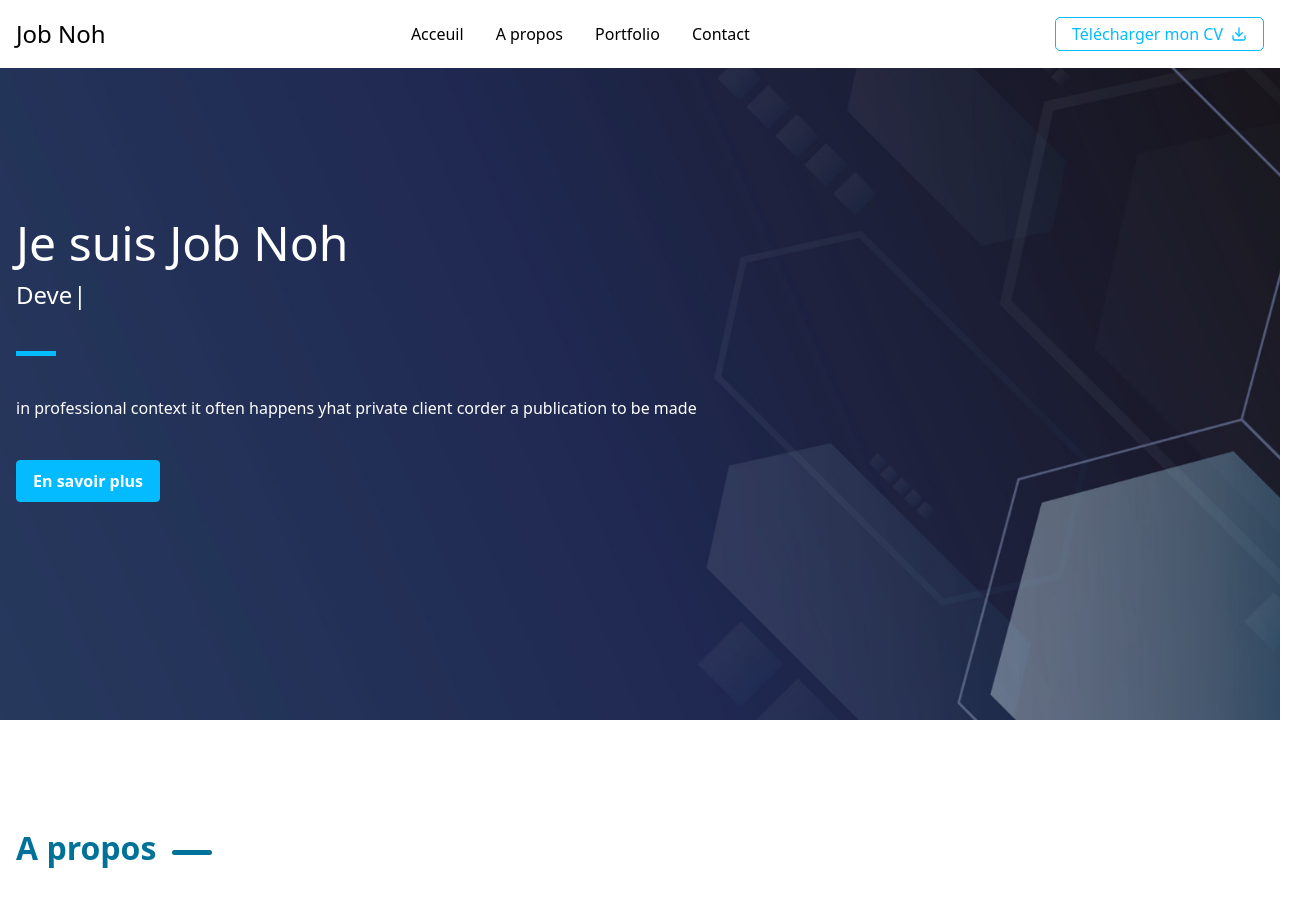
Repository: anoy1010/Nextportfolio
Page: /
The author's editor kept a copy of each file at every save. The page is drawn from the files as they stood at one save, then again after the next save.
The browser window is 1280 px wide. The page is 1296 px wide, so the pictures cover 1296 px, including what lies to the right of the window. The pictures show the part of the page from y = 0 to 924 px (the page is 4082 px tall).
Backgrounds fixed to the window are drawn as part of the page. The project was rebuilt for these pictures with package versions that can differ from the ones it lists, and the page was loaded fresh each time. The framework's server and built-in components were replaced by stand-ins that run in the browser. Also part of the build but not shown: next.config.js, styles/Home.module.css.

Above is the page before, as saved 2023-03-07 15:44:49.

### pages/index.js
import Head from 'next/head'
import Image from 'next/image'
import { Inter } from '@next/font/google'
import styles from '../styles/Home.module.css'
import Navbar from '../components/Navbar'
import Hero from '../components/Hero'
import About from '../components/About'
import WhatIDo from '../components/WhatIDo'
import Skills from '../components/Skills'
import Works from '../components/Works'
const inter = Inter({ subsets: ['latin'] })

export default function Home() {
  return (
    <>
      <Head>
        <title>Portfolio | Noh Job</title>
        <meta name="description" content="Generated by create next app" />
        <meta name="viewport" content="width=device-width, initial-scale=1" />
        <link rel="icon" href="/favicon.ico" />
      </Head>

      <header>
        < Navbar />
      </header>

      <main>
        <Hero />
        <About />
        <WhatIDo />
        <Skills />
        <Works />
      </main>

    </>
  )
}

### styles/globals.css
@tailwind base;
@tailwind components;
@tailwind utilities;

@layer components {
  .btn{
    @apply bg-[#04bbff] text-white py-2 px-4 rounded inline-block mt-10 font-bold border border-[#04bbff] hover:bg-transparent hover:text-[#04bbff] transition duration-200
  }
}

### components/Navbar.js
import Link from 'next/link'
import React from 'react'
import {FiDownload} from 'react-icons/fi'
import {RiMenu5Line} from 'react-icons/ri'

const Navbar = () => {
  return (
    <div className='bg-white fixed top-0 w-[100%] z-10 '>
        <div className='container mx-auto flex justify-between items-center py-4 px-4'>
            <div className='text-[24px]'>Job Noh</div>

            <div className='hidden md:flex gap-8 '>

                <Link href='/Acceuil' className='hover:text-[#04bbff]'>
                    Acceuil
                </Link>
                <Link href='/A propos' className='hover:text-[#04bbff]' >
                    A propos
                </Link>
                <Link href='/Portfolio' className='hover:text-[#04bbff]'>
                    Portfolio
                </Link>
                <Link href='/Contact' className='hover:text-[#04bbff]'>
                    Contact
                </Link>



            </div>

            <a href='#' className='hidden  md:flex border border-[#04bbff] px-4 py-1 text-[#04bbff] rounded-[5px] items-center gap-2 hover:bg-[#04bbff] hover:text-white transition duration-200 '>
                Télécharger mon CV
                <FiDownload/>
                </a>

            <div className='md:hidden text-[24px] '>
                <RiMenu5Line/>
            </div>
        </div>
    </div>
  )
}

export default Navbar

### components/Hero.js
import React from 'react'

import Typewriter, { TypewriterClass } from "typewriter-effect"
import Button from '../components/Button'

const Hero = () => {
  return (
    <div className='bg-[url("/bg3.jpg")] h-screen bg-cover bg-center bg-fixed flex items-center'>
        <div className='container mx-auto px-4'>
            <div className='max-x-[450px] text-white flex flex-col gap-[40px]'>
                <div>
                    <h1 className='text-5xl'>
                        Je suis Job Noh
                    </h1>
                    <h4 className=' text-2xl mt-3'>
                        <Typewriter
                            options = {{
                                strings: [
                                    "Developpeur Front-end",
                                    "Developpeur Back-end",
                                    "Analyste de donnée",
                                    "Chef de projet",
                                    "Graphic designer",
                                    "Developpeur mobile"
                                ],
                                changeDelay:3,
                                changeDeleteSpeed:2,
                                autoStart:true,
                                loop:true,
                            }}
                        />
                    </h4>
                </div>

                <div className='bg-[#04bbff] h-[5px] w-[40px] '>
                </div>

                <div>
                    <p>
                    in professional context it often happens yhat private client
                    corder a publication to be made
                    </p>
                    <Button link="#" text="En savoir plus" />
                </div>

            </div>

        </div>
    </div>
  )
}

export default Hero

### components/About.js
import React from 'react'
import Heading from './Heading'
import Button from './Button'


import {AiOutlineGift} from 'react-icons/ai'
import {TfiBook} from 'react-icons/tfi'
import {SlGlobe} from 'react-icons/sl'
import {CiLocationOn} from 'react-icons/ci'
import {GiLevelEndFlag} from 'react-icons/gi'

const About = () => {
  return (
    <section className='container mx-auto py-10 px-4'>

        <Heading title="A propos"/>

        <div className='grid grid-cols-1 md:grid-cols-2 gap-[60px]'>

            <div>
                <img className='w-[500px] h-[600px]' src="/d1.png" alt="" />
            </div>
            <div>
                <div className='flex items-center justify-between w-[450px]'>
                    <div className='flex flex-col gap-6'>

                        <div className='flex gap-4 items-center font-medium '>
                            <AiOutlineGift className='text-[#04bbff] text-[26px]' />
                            Date d'anniversaire :
                        </div>
                        <div className='flex gap-4 items-center font-medium '>
                            <TfiBook className='text-[#04bbff] text-[26px]' />
                            Etude :
                        </div>
                        <div className='flex gap-4 items-center font-medium '>
                            <GiLevelEndFlag className='text-[#04bbff] text-[26px]' />
                            Niveau :
                        </div>
                        <div className='flex gap-4 items-center font-medium '>
                            <CiLocationOn className='text-[#04bbff] text-[26px]' />
                            localisation :
                        </div>
                        <div className='flex gap-4 items-center font-medium '>
                            <SlGlobe className='text-[#04bbff] text-[26px]' />
                            Site :
                        </div>

                    </div>



                    <div className='flex flex-col gap-6 text-[#051c24]-600'>
                        <div>10/10/****</div>
                        <div>Université Virtuelle de Côte d'Ivoire</div>
                        <div>Master I</div>
                        <div>Abidjan/Bouaké</div>
                        <div>Www.monsite.com</div>


                    </div>

                </div>

                <div className='max-w-[800px]'>
                    <h2 className='font-bold mt-16 mb-10'>
                        Je suis Job Noh et Developpeur d'Application et e-Services.
                    </h2>
                    <p className='text-[#007198]'>
                         All of the examples in Tailwind UI rely on the default Tailwind CSS configuration, but some rely on additional first-party plugins like @tailwindcss/forms, @tailwindcss/typography, and @tailwindcss/aspect-ratio.

                        When an example requires any plugins or configuration changes, it will be noted in a comment at the top of the example.

                        If you're new to Tailwind CSS, you'll want to read the Tailwind CSS documentation as well to get the most out of Tailwind UI.

                    </p>
                    <Button link="#" text="Embauchez-moi"/>
                </div>
            </div>
        </div>

    </section>
  )
}

export default About

### components/WhatIDo.js
import React from 'react'
import Heading from './Heading'
import {RiLightbulbFlashFill} from 'react-icons/ri'
import {AiFillCode} from 'react-icons/ai'
import {IoIosSchool} from'react-icons/io'
import {SiAdobeillustrator,SiAdobexd} from 'react-icons/si'
import {GiHiveMind} from 'react-icons/gi'

const WhatIDo = () => {
  return (
    <section className='container mx-auto py-10 px-4'>
        <Heading title="Qu'est ce que je fais ?"/>
        <div className='grid grid-cols-1  md:grid-cols-3 gap-6'>
            <div className='Shadow-lgf flex flex-col gap-4 px-8 py-10 bg-[#0594d0] text-white items-center'>
                <RiLightbulbFlashFill className=' text-[40px]   ' />
                <h2 className='font-bold text-[20px]'>Lorem ipsum</h2>
                <p>
                    All of the examples in Tailwind UI rely on the default Tailwind CSS configuration, but some rely on additional first-party plugins like @tailwindcss/forms, @tailwindcss/typography, and @tailwindcss/aspect-ratio.

                    When an example requires any plugins or configuration changes, it will be noted in a comment at the top of the example.

                    If you're new to Tailwind CSS, you'll want to read the Tailwind CSS documentation as well to get the most out of Tailwind UI.
                </p>

            </div>
            <div className='Shadow-lgf flex flex-col gap-4 px-8 py-10 bg-[#0594d0] text-white items-center'>
                <IoIosSchool className=' text-[40px]   ' />
                <h2 className='font-bold text-[20px]'>Lorem ipsum</h2>
                <p>
                    All of the examples in Tailwind UI rely on the default Tailwind CSS configuration, but some rely on additional first-party plugins like @tailwindcss/forms, @tailwindcss/typography, and @tailwindcss/aspect-ratio.

                    When an example requires any plugins or configuration changes, it will be noted in a comment at the top of the example.

                    If you're new to Tailwind CSS, you'll want to read the Tailwind CSS documentation as well to get the most out of Tailwind UI.
                </p>

            </div>
            <div className='Shadow-lgf flex flex-col gap-4 px-8 py-10 bg-[#0594d0] text-white items-center'>
                <AiFillCode className=' text-[40px]   ' />
                <h2 className='font-bold text-[20px]'>Lorem ipsum</h2>
                <p>
                    All of the examples in Tailwind UI rely on the default Tailwind CSS configuration, but some rely on additional first-party plugins like @tailwindcss/forms, @tailwindcss/typography, and @tailwindcss/aspect-ratio.

                    When an example requires any plugins or configuration changes, it will be noted in a comment at the top of the example.

                    If you're new to Tailwind CSS, you'll want to read the Tailwind CSS documentation as well to get the most out of Tailwind UI.
                </p>

            </div>

            <div className='Shadow-lg flex flex-col gap-4 px-8 py-10 bg-[#0594d0] text-white items-center'>
                <SiAdobeillustrator className=' text-[40px]   ' />
                <h2 className='font-bold text-[20px]'>Lorem ipsum</h2>
                <p>
                    All of the examples in Tailwind UI rely on the default Tailwind CSS configuration, but some rely on additional first-party plugins like @tailwindcss/forms, @tailwindcss/typography, and @tailwindcss/aspect-ratio.

                    When an example requires any plugins or configuration changes, it will be noted in a comment at the top of the example.

                    If you're new to Tailwind CSS, you'll want to read the Tailwind CSS documentation as well to get the most out of Tailwind UI.
                </p>

            </div>

            <div className='Shadow-lgf flex flex-col gap-4 px-8 py-10 bg-[#0594d0] text-white items-center'>
                <SiAdobexd className=' text-[40px]   ' />
                <h2 className='font-bold text-[20px]'>Lorem ipsum</h2>
                <p>
                    All of the examples in Tailwind UI rely on the default Tailwind CSS configuration, but some rely on additional first-party plugins like @tailwindcss/forms, @tailwindcss/typography, and @tailwindcss/aspect-ratio.

                    When an example requires any plugins or configuration changes, it will be noted in a comment at the top of the example.

                    If you're new to Tailwind CSS, you'll want to read the Tailwind CSS documentation as well to get the most out of Tailwind UI.
                </p>

            </div>
            <div className='Shadow-lgf flex flex-col gap-4 px-8 py-10 bg-[#0594d0] text-white items-center'>
                <GiHiveMind className=' text-[40px]   ' />
                <h2 className='font-bold text-[20px]'>Lorem ipsum</h2>
                <p>
                    All of the examples in Tailwind UI rely on the default Tailwind CSS configuration, but some rely on additional first-party plugins like @tailwindcss/forms, @tailwindcss/typography, and @tailwindcss/aspect-ratio.

                    When an example requires any plugins or configuration changes, it will be noted in a comment at the top of the example.

                    If you're new to Tailwind CSS, you'll want to read the Tailwind CSS documentation as well to get the most out of Tailwind UI.
                </p>

            </div>
        </div>

    </section>
  )
}

export default WhatIDo

### components/Skills.js
import React from 'react'
import Heading from './Heading'


const Skills = () => {
  return (
    <section className='container mx-auto py-10 px-4'>
        <Heading title="Skills" />
        <p className='text-[#003c57] mt-10 mb-10'>
        Lorem Ipsum is simply dummy text of the printing and typesetting industry. Lorem Ipsum has been the industry's standard dummy text eveLorem Ipsum has been the industry's standard dummy text eveLorem Ipsum has been the industry's standard dummy text eveLorem Ipsum has been the industry's standard dummy text eveLorem Ipsum has been the industry's standard dummy text eveLorem Ipsum has been the industry's standard dummy text ever since the 1500s, when an unknown printer took a galley of type and scrambled it to make a type specimen book. It has survived not only five centuries, but also the leap into electronic typesetting, remaining essentially unchanged. It was popularised in the 1960s with the release of Letraset sheets containing
        </p>

        <div className='grid   px-10 py-4 grid-cols-2 md:grid-cols-3 gap-6'>
            <div>
                <p>Reactjs</p>
                <div className='relative bg-[#003c57] h-[4px] mt-2'>
                    <div className='bg-[#04bbff] absolute h-[4px] w-[90%]'></div>
                </div>
            </div>
            <div>
                <p>Html & Css</p>
                <div className='relative bg-[#003c57] h-[4px] mt-2'>
                    <div className='bg-[#04bbff] absolute h-[4px] w-[90%]'></div>
                </div>
            </div> <div>
                <p>Nextjs</p>
                <div className='relative bg-[#003c57] h-[4px] mt-2'>
                    <div className='bg-[#04bbff] absolute h-[4px] w-[50%]'></div>
                </div>
            </div> <div>
                <p>Js</p>
                <div className='relative bg-[#003c57] h-[4px] mt-2'>
                    <div className='bg-[#04bbff] absolute h-[4px] w-[60%]'></div>
                </div>
            </div> <div>
                <p>PHP</p>
                <div className='relative bg-[#003c57] h-[4px] mt-2'>
                    <div className='bg-[#04bbff] absolute h-[4px] w-[60%]'></div>
                </div>
            </div>
            <div>
                <p>Adobe AI</p>
                <div className='relative bg-[#003c57] h-[4px] mt-2'>
                    <div className='bg-[#04bbff] absolute h-[4px] w-[90%]'></div>
                </div>
            </div>
            <div>
                <p>Adobe XD</p>
                <div className='relative bg-[#003c57] h-[4px] mt-2'>
                    <div className='bg-[#04bbff] absolute h-[4px] w-[70%]'></div>
                </div>
            </div>
            <div>
                <p>Mindjet project</p>
                <div className='relative bg-[#003c57] h-[4px] mt-2'>
                    <div className='bg-[#04bbff] absolute h-[4px] w-[40%]'></div>
                </div>
            </div>
            <div>
                <p>Flutter</p>
                <div className='relative bg-[#003c57] h-[4px] mt-2'>
                    <div className='bg-[#04bbff] absolute h-[4px] w-[70%]'></div>
                </div>
            </div>
            <div>
                <p>React Native</p>
                <div className='relative bg-[#003c57] h-[4px] mt-2'>
                    <div className='bg-[#04bbff] absolute h-[4px] w-[80%]'></div>
                </div>
            </div>

        </div>

    </section>
  )
}

export default Skills

### components/Works.js
import React from 'react'
import Heading from './Heading'


const Works = () => {
  return (
    <section className='container mx-auto py-10 px-4' >
        <Heading title="Travaux de création"/>
        <div className=' grid grid-cols-4 gap-4' >
            <div className='row-span-2 relative-group'>
                <img  src="/d1.jpg"  alt="" />
                <div className=' bg-[#000000bd] absolute w-[100%] h-[100%] top-0 opacity-0 transition duration-500 group-hover:opacity-100 grid place-item-center text-[#04bbff]'>
                    titre de projet
                </div>

            </div>

        </div>
    </section>
  )
}

export default Works

### components/Button.js
import React from 'react'

const Button = ({text, link}) => {
  return (
    <a href={link}className='btn'>{text}</a>
  )
}

export default Button

### components/Heading.js
import React from 'react'

const Heading = ({title}) => {
  return (
    <div className='text-[#007198] text-[32px] font-bold flex items-center gap-4 py-16'>
        {title}
        <div className='bg-[#007198] h-[5px] w-[40px] translate-y-1 rounded'></div>
    </div>
  )
}

export default Heading

Loaded but not shown: pages/_app.js (common file); pages/_document.js (common file); tailwind.config.js (common file)

After the next save:
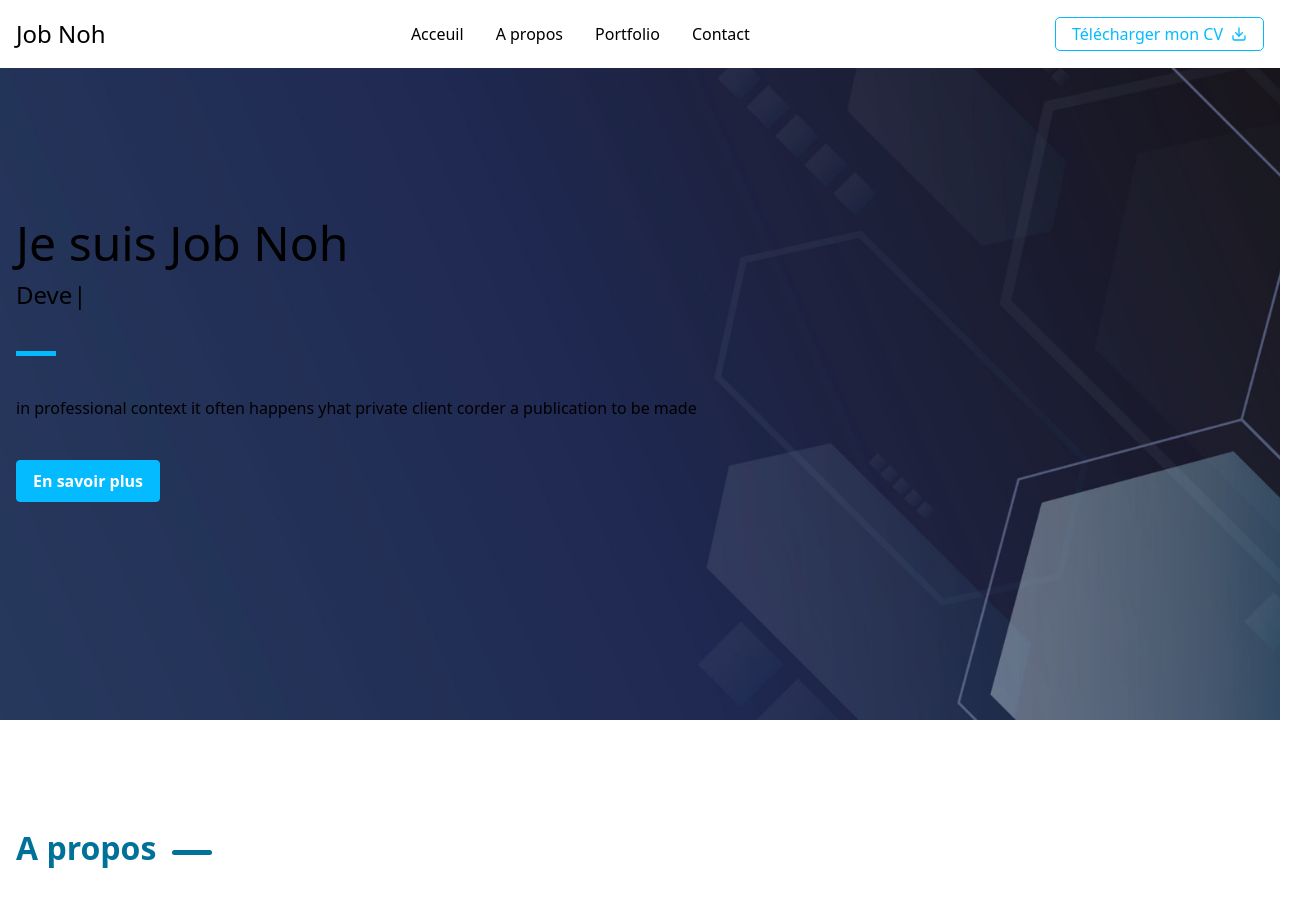
Saved 34 s later.
--- a/components/Hero.js
+++ b/components/Hero.js
@@ -7,7 +7,7 @@ const Hero = () => {
   return (
     <div className='bg-[url("/bg3.jpg")] h-screen bg-cover bg-center bg-fixed flex items-center'>
         <div className='container mx-auto px-4'>
-            <div className='max-x-[450px] text-white flex flex-col gap-[40px]'>
+            <div className='max-x-[450px] text-[]] flex flex-col gap-[40px]'>
                 <div>
                     <h1 className='text-5xl'>
                         Je suis Job Noh
